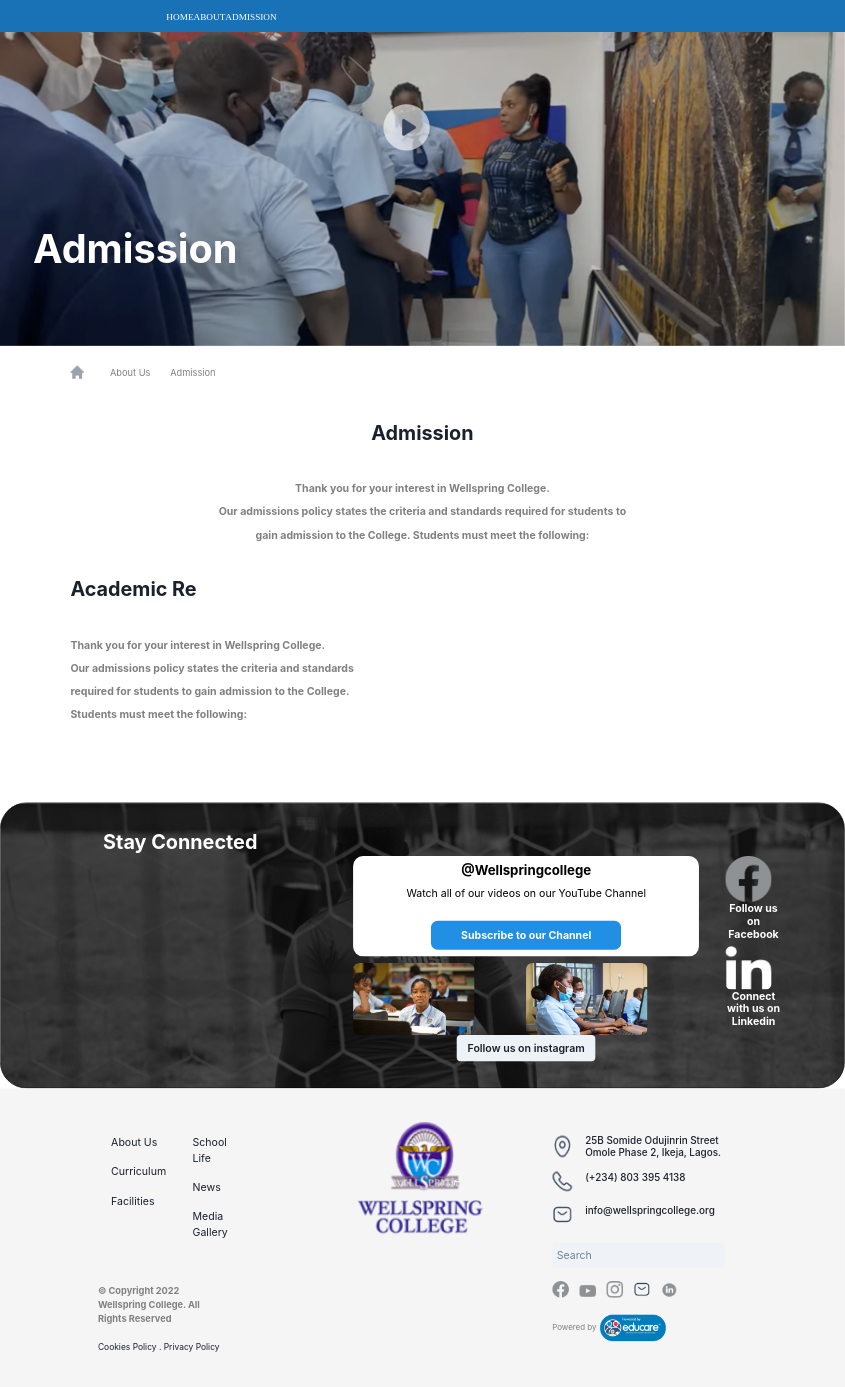
Repository: gr8skills/wellspring-school-forked
Page: /admission
These files come from the project's save history. The page is drawn as it stood at one moment and after a run of saves; the edit follows.
The browser window is 1280 px wide. The pictures show the whole page, at 66% of full size.
The project was rebuilt for these pictures with package versions that can differ from the ones it lists, and the page was loaded fresh each time. Also part of the build but not shown: src/components/Navbar/Dropdown.scss, src/components/Navbar/Dropdown.js, src/components/Testimonials/Testimonials.js, src/components/Calendar/Calendar.js, src/components/News/News.js, src/components/WhyWellspring/_why-wellspring.scss, src/components/WhyWellspring/WhyWellspring.js, src/components/AppTab/AppTab.js and 9 more.

Above is the page before, as saved 2022-12-06 17:46:31.

### src/index.css
body {
  /* margin: 0;
  font-family: -apple-system, BlinkMacSystemFont, 'Segoe UI', 'Roboto', 'Oxygen',
    'Ubuntu', 'Cantarell', 'Fira Sans', 'Droid Sans', 'Helvetica Neue',
    sans-serif;
  -webkit-font-smoothing: antialiased;
  -moz-osx-font-smoothing: grayscale; */
}

/* code {
  font-family: source-code-pro, Menlo, Monaco, Consolas, 'Courier New',
    monospace;
} */

### src/App.css
body{
}

.App {
  text-align: center;
    background-color:black;

}

.App-logo {
  height: 40vmin;
  pointer-events: none;
}

@media (prefers-reduced-motion: no-preference) {
  .App-logo {
    animation: App-logo-spin infinite 20s linear;
  }
}


@keyframes App-logo-spin {
  from {
    transform: rotate(0deg);
  }
  to {
    transform: rotate(360deg);
  }
}

### src/pages/Admission/Admission.js
import Banner from "../../assets/admission.png";
import Home from "../../assets/home.png";
import VideoIcon from "../../assets/vid2.png";

import Dot from "../../assets/yellow.png";
import { Heading } from "@chakra-ui/react";
import { Link } from "react-router-dom";

import "./_admission.scss";
import { StayConnected } from "../../components/StayConnected/StayConnected";
export const Admission = () => {
  return (
    <>
      <div className="col-md-12 holder">
        <img className="col-md-12 imgCaro" src={Banner} alt="Scholar" />
        <div className="overlay">
          <div className="videoIcon">
            {" "}
            <img className="col-md-1" src={VideoIcon} alt="Scholar" />
          </div>
          <Heading size="3xl">Admission</Heading>
        </div>
      </div>
      <div className="flexy breadcrumb">
        <div className="col-md-1">&nbsp;</div>
        <a href="#">
          <img className="col-md-12 home-icon" src={Home} alt="Scholar" />
        </a>
        <p>About Us</p>
        <p>Admission</p>
      </div>
      <div className="col-md-12 flexy admission">
        <div className="col-md-3">&nbsp;</div>
        <div className="page-body col-md-6 ">
          <Heading size="lg" mb="50px" mt="30px">
            Admission
          </Heading>
          <p style={{ lineHeight: "35px" }}>
            Thank you for your interest in Wellspring College.
            <br /> Our admissions policy states the criteria and standards
            required for students to gain admission to the College. Students
            must meet the following:
          </p>
        </div>
      </div>
      <div className="col-md-12 flexy">
        <div className="col-md-1">&nbsp;</div>
        <div className="col-md-10 flexy">
          <div className="page-body col-md-5 ">
            <Heading size="lg" mb="50px" mt="30px">
              Academic Re
            </Heading>
            <p style={{ lineHeight: "35px" }}>
              Thank you for your interest in Wellspring College.
              <br /> Our admissions policy states the criteria and standards
              required for students to gain admission to the College. Students
              must meet the following:
            </p>
          </div>
        </div>
      </div>

      <StayConnected />
    </>
  );
};

### src/components/Navbar/NavBar.module.css


.navCont{
    position: relative;
    /* display: flex; */
    width:25%;
    /* justify-content: space-between; */
    /* margin: 0 auto; */
    /* max-height: 5rem; */
    padding-left:220px;

}

.nav-links{
    font-size:10px !important;
}


.imgCont{
    position: relative;
}

/* .imgContent{
    position: absolute;
    z-index: 1;
    height: 6vw;

} */

/* .btnPortal{
    background-color: #4CA14900;
    color: #fff;
    height: 2.5rem;
    width: 7rem;
    font-size: 18px;
    border-radius: 5px;
    position: relative;
    outline: 0;
    border: 0;
    transition: 1.5s scale linear;
} */

/* .btnPortal:focus{
    outline: 0;
    border: 0;
} */

/* .btnPortal:hover{
    transform: scale(1.02);
    background-color: #4CA149CF;
} */

/* .fIcon{
    width: 30px;
    height: 30px;
    padding: 5px 5px;
    transform: translate(-6px, -1px);
} */

/* @media screen and (max-width: 960px) {
    .navCont{
        position: relative;
        display: flex;
        width: 100%;
        justify-content: space-between;
        margin: 0 auto;
        max-height: 5rem;

    }

    .imgContent{
        position: absolute;
        z-index: 1;
        height: 16vw;

    }

}


 */

### src/components/Navbar/_navbar.scss
@import "../../variables";





.navContainer{
    background:$themecolor;
    min-height: 3rem;
    position: fixed;
    z-index: 1;
    right: 0;
    width: 100%;
    top: 0;
    @media screen and (max-width:620px){
        display:none;
    }
}


.nav-list{
    display: flex;
    max-width: 70%;
    width: 70%;
    justify-content: space-between;
    list-style: none;
    color: #fff;
    font-family: monserat;
    transform: translateY(54%);
    margin: 0 !important;
}

.nav-list li{
    line-height: 25px;
    text-align: center;
    margin: 0;
    font-size: 14px;

}

/* .nav-list li a{
    color: #fff;
} */


.nav-item {
    height: auto;
    justify-content: center;
    display: flex;
}

.menu-icon{
    display: none;
}




.nav-links {
    color: #fff;
    display: flex;
    align-items: center;
    text-decoration: none;
    height: 100%;
    transition: all 0.2s ease-out;

}

.nav-links:hover {
    background-color: #fff;
    text-decoration: none;
    // padding:5px;
    color:$themecolor;
}


@media screen and (max-width: 600px) {
    .ph{
        display: none;
    }

@media screen and (max-width: 960px) {
    .nav-list{
        display: none;
    }
}

    .menu-icon{
        display: block;
    }

    .nav-list{
        display: flex;
        flex-direction: column;
        position: absolute;
        height: 42rem;
        width: 100%;
        max-width: 100% !important;
        top: 48px;
        transform: translateY(4%);
        /* z-index: 999; */
        opacity: 1;
        right: -100%;
        transition: all .5s linear;
    background-color: #4CA149;

    }
.mainMenu li a{
    line-height:20px !important;

}
    .nav-list.active{
        transition: all 0.3s ease-out;
        visibility: visible;
        transition: all .5s linear;
        right: 0;
        /* z-index: 1; */
    }

    .nav-list.active li {
        font-size: 4vw;
        position: relative;
        margin: 30px 0;
    }


    .fa-times{
        position: relative;
        float: right;
        width: 100%;
    }

    .fa-times, .fa-bars{
        font-size: 40px;
        color: #feed00;
        transition: all 1.5ms linear;
        transform: translate(-29px, 17px);

    }
.nav-links{
    display:none;
}
}




@media screen and (min-width: 960px) {
    .wrapper{
        display:none;
    }
}



/*for sidenav*/




.ph:hover{
    background-color:rgb(255, 165, 0) !important;
    opacity:1 !important
}
.wrapper{
    position: absolute;
    top: 50%;
    left: 50%;
    transform: translate(-50%, -50%);

}
.mainMenu{
    width: 250px;
    display: block;
    border-radius: 10px;
    overflow: hidden;
}
.mainMenu a{
  font-size:20px !important;
  font-weight:bold !important;
      font-family: monserat;
      /* margin-bottom:-20px; */
}
.item{
    border-top: 1px solid orange;
    overflow: hidden;
margin: top 0;
line-height: 20px !important;
}
.btn{
    display: block;
    padding: 15px 20px;
    color: #fff;
    position: relative;
    padding-left:5px !important;
    /* text-align:left !important; */

}
.btn:before{
    content: '';
    position: absolute;
    width: 0;
    height: 0;
    border-left: 8px solid transparent;
    border-right:8px solid transparent;
    /* border-top:10px solid rgba(0,128,0,0.9); */
    right: 15px;
    bottom: -10px;
    z-index: 9;

}
.btn i {
    margin-right: 7px;
    margin-left: -5px;
    font-size: 13px;
}
.subMenu{
    /* background:#A3DA8D !important; */
      overflow: hidden;
        /* background:rgba(78,161,73, 0.1)!important; */
        background:rgba(178,161,173, 0.1)!important;

    transition: max-height 0.7s;
max-height: 0;
z-index:300000000 !important;
position:relative !important;

}
.subMenu a{
    display: block;
    /* padding: 5px 10px !important; */
    color: #fff !important;
    font-size: 14px !important;
    border-bottom: 1px solid #394c7f;
    position: relative;
    margin-top:5px !important;


}
.subMenu a:before{
    content: '';
    opacity: 0;
    transition: opacity 0.3s;

}
.subMenu a:hover:before{
    content: '';
    position: absolute;
    height: 0;
    width: 6px;
    left: 0;
    top:0;
    opacity: 1;
    /* background-color: #d8d824; */
    border-top: 24px solid transparent;
    border-left: 11px solid #ffffff;
    border-bottom: 24px solid transparent;
}
.subMenu a:after{
    content: '';
    opacity: 0;
    transition: opacity 0.3s;

}
.subMenu a:hover:after{
    content: '';
    position: absolute;
    height: 0;
    width: 6px;
    right: 0px;
    top:0;
    opacity: 1;
    /* background-color: #d8d824; */
    border-top: 24px solid transparent;
    border-right: 11px solid #ffffff;
    border-bottom: 24px solid transparent;
}
.subMenu a:hover{
   background-color:orange;
    transition: all 0.3s;
    border-bottom: 2px solid #394c7f;
}
.subMenu a:last-child{
    border:none;
}
.item:target .subMenu{
    max-height: 300px;
        /* transition: max-height 0.7s !important; */

}

.login{
  background-color:#ED2f59;
  padding:5px 14px 5px 14px !important;
  border-radius:5px;
margin-right:55px;
margin-left:30px;
font-family: 'Poppins', sans-serif;

  }



.portal{
  background-color:rgb(221, 156, 35);
  /* padding:7px; */
  width:120px;
  margin-left:50px;
  border-radius:5px;
 padding:7px !important;
 font-size:5px !important;
 color:white !important;
    /* padding-bottom:6px !important; */
  margin-top:20px !important;
   font-size:11px !important;
      text-decoration: none;

  }

  .portal a{

  }

### src/components/Footer/_footer.scss
@import "../../shared-styles";
@import "../../variables";



.footer-container{
    padding:50px;
    height:fit-content;
    background-color:#F5F5F6;
    ul li{
        margin:20px;
    }
    .footer-contacts{
        img{width:30px; margin-right:20px}
        h1{margin-top:20px;
        font-size:15px;}
    }
    .footer-links{
        p{margin-top:30px;
        font-size:14px;
    color:grey;
font-weight:bold;
margin-bottom:20px;}
    }
    ol li{
       width:33px;
       img{
        width:25px !important;
        margin-top:20px;
       }
    }
    .educare{
        margin-top:20px;
        p{font-size:12px;
        color:grey;
    margin-top:10px;
margin-right:5px;}
            img{width:100px;}

    }
}

### src/pages/AboutUs/_about-us.scss
@import "../../shared-styles";
@import "../../variables";


.holder2 {
  position: relative;
  img{border-radius: 10px;}
    // background-image: url("../../assets/orange-arrow2.png");
  // background-repeat: no-repeat;
  // background-size: 60px;
  // background-position: 50% 50%;
  // position: relative;
  // z-index:10000000;
  // display:none;

}

/* Make the image to responsive */
.image {
  display: block;
  width: 100%;
  height: auto;
}

/* The overlay effect - lays on top of the container and over the image */
.overlay2 {
  position: absolute;
 bottom:134px;
  color: #f1f1f1;
  width: 60%;
  opacity:1;
  color: white;
  font-size: 27px !important;
  // padding: 40px ;
  text-align:center !important;left:10%;
  @media screen and (max-width:620px){
    left:16%;
     font-size: 30px !important;
  }



}
@media screen and (max-width:620px){
  .link-imgs{
    padding:20px;
  }
  .holder2{
        margin-top:20px;

  }.holder-up{
        margin-top:-70px;

  }
}

### src/pages/ProprietorMessage/_message.scss
@import "../../shared-styles";
@import "../../variables";


.message{
  span{color:$themecolor2;}
  strong{font-size:20px;
  color:rgb(98, 97, 97);}
  .message-paragraph{margin-left: 30px; margin-top: 98px;
  @media screen and (max-width:620px){
    margin-left: 0px;
  }
  }
  img{border-radius:10px;}
}

### src/pages/Vision/_vision.scss
@import "../../shared-styles";
@import "../../variables";


.vision{
  img{
    height:10px;
    width:10px;
    margin:17px 10px;
  }
  ul li{
   line-height:45px;
  }
  ul{
    margin-right:50px;
       margin-bottom:40px;

  }
}

### src/pages/Discipline/_discipline.scss
@import "../../shared-styles";
@import "../../variables";


.discipline{
 p{margin-bottom:140px;}
}

### src/pages/SchoolSong/_school-song.scss
@import "../../shared-styles";
@import "../../variables";


.school-song{
 p{margin-bottom:140px;
line-height: 55px;}
}

### src/pages/TeachingTeam/_teaching-team.scss
@import "../../shared-styles";
@import "../../variables";


.school-song{
 p{margin-bottom:140px;
line-height: 55px;}
}

### src/pages/Admission/_admission.scss
@import "../../shared-styles";
@import "../../variables";


.videoIcon{
    margin-left:45%;
    margin-bottom:10%;
 img{
    height:70px;
    width:70px;


 }
}
.admission{
    .page-body{text-align:center}
}

### src/_variables.scss
$themecolor:#1972B6;
$themecolor2:rgb(32,143,228);

### src/components/Testimonials/_testimonials.scss
@import "../../variables";
@import "../../shared-styles";




.testimonial{
    margin-top:100px;
    small{
font-weight:bold;}
.testimonial-massage{
 margin-top:80px;

    margin-left:60px;
    p{line-height:35px;
    margin-top:40px;
    }

}
strong{font-size:20px;
background-color:$themecolor2;
color:white;
padding:2px 7px;
margin-left: 10px;
border-radius:3px}
}
 .carousel {
    position: relative;
    z-index: 0;

}
.carousel-inner {
    position: relative;
    width: 100%;
    overflow: hidden;
          border-radius:20px !important;;

}

.carousel-indicators > button.active {
    opacity: 1;
    max-width: 14px !important;
    max-height:14px  !important;
    min-width: 14px !important;
    min-height:14px  !important;
    background-color: green !important;
    border-color: #fff !important;
    outline: none;
    border: none;
    border-radius: 7px !important;

}

.carousel-indicators button{
    max-width: 14px !important;
    max-height: 14px !important;
    min-width: 14px !important;
    min-height: 14px !important;
    margin: 3px 5px !important;
    border-radius: 7px !important;
    background-color: red!important;
    border: 1px solid #fff !important;
    transition: all .5s linear ;

}

.carousel-indicators button:focus{
        outline:0;
        border-color: #4287BD;
}
.carousel-indicators  {
    position: absolute;
    right: 0;
    bottom: 10px;
    left: 0;
    z-index: 15;
    display: flex;
    flex-direction: row;
    height: 100%;
    justify-content: center;
    padding-left: 0;
    margin-right: 0;
    margin-left: 1vw;
    list-style: none;
    outline: none;
    border: none;
}

.carousel-control-next {
 left: 9vw;
     transform: rotate(180deg);
    position: absolute;
    margin-top: 35% !important;
    justify-content: right !important;
    height: 10px;
    width: 18px !important;
    font-size: 50px;

}
.carousel-control-prev {
    left: 1.5vw;
    transform: rotate(180deg) !important;
    position: absolute;
    margin-top: 35% !important;
    justify-content: right !important;
    height: 10px;
    font-size: 50px;
    width: 20px !important;

}
.carousel-control-prev::after{
    content: url('../../assets/arrow-right.png');

    z-index: 10000000000;
    margin-right: 70px;
    width: 20px;
    height: 80px;
}
.carousel-control-next::after{
    content: url('../../assets/arrow-left.png');
    font-size: 54px;
    z-index: 1000000000000000000000000000;
    position:relative;
    right: 0 !important;
    width: 20px;
    height: 80px;

}

### src/_shared-styles.scss
@import "./variables";


@media screen and (max-width:620px){
    .flexyM{
        display:flex;
    }
    .side-menu{
        display:none !important;
    }
    .page-body{padding:20px;}
}
@media screen and (min-width:620px){
    .flexy{
        display:flex;
    }
    .spread{
        display:flex;
    }
}

.side-menu{
    height:fit-content;
    padding:40px;
    background-color:#F9FAFA;
    border-radius: 10px;
    ul li{
        line-height:60px;
       &:hover{
        color:$themecolor2 !important;
       }
    }
   .active{color:$themecolor2 !important;}
}



* {box-sizing: border-box}

/* Container needed to position the overlay. Adjust the width as needed */
.holder {
  position: relative;
  width: 100%;
}

/* Make the image to responsive */
.image {
  display: block;
  width: 100%;
  height: auto;
}

/* The overlay effect - lays on top of the container and over the image */
.overlay {
  position: absolute;
  bottom: 60px;

  color: #f1f1f1;
  width: 100%;
  opacity:1;
  color: white;
  font-size: 20px;
  padding: 50px;
  text-align:left;
}

.home-icon{
    height:20px;
    width:20px;
    margin-right:40px;
}
.breadcrumb{
margin-top:30px;
p{color:grey; font-size:14px; margin-right:30px}
}
.page-body{
  p{font-weight:700;
  color:grey;
line-height:35px}
}

### src/components/AppButton/_app-button.scss
@import "../../shared-styles";
@import "./overides";
@import "../../variables";

.app-button{
    background-color:$themecolor2;
    color:white;
    padding:10px 45px;
    font-weight:bold;
    border-radius:10px;
}

### src/components/Calendar/_calendar.scss
@import "../../shared-styles";
@import "../../variables";



.calendar-container{
            text-align:center;
border-right:solid 1px rgb(202, 200, 200);
    .calendar-box{
background-color:$themecolor2;
height:100px;
width:110px;
border-radius: 10px;
color:#fff;
    text-align: center;
    padding:10px 0;
margin-left:40px;
margin-bottom:30px;

    }
    p{
        color:grey;
        margin-top:20px;
    }
    .calendar-day{
        font-size:35px;
    }
    .calendar-description{
        font-size:20px;
        text-align:center;
    }
}

### src/components/News/_news.scss
@import "../../shared-styles";
@import "../../variables";
.news-container{
    .news-img{
     margin-bottom:40px;
     margin-top:40px;

    }
    img{
        width:100%;
        border-radius: 10px;


    }
    .news-description{
        margin-left:30px;
        h6{
            color:grey;margin-top:40px;
        }
        p{line-height: 35px;
        font-size:20px;
    }
    }
    .read-more-link{
        color:$themecolor;
        margin-top:50px;
    }
}

### src/components/AppTab/_app-tab.scss
@import "../../shared-styles";
@import "./overides";
@import "../../variables";

### src/components/Form/_form.scss
@import "../../shared-styles";
@import "../../variables";
@import "./overides";

### src/components/SearchBar/_search-bar.scss
.visually-hidden {
    clip: rect(0 0 0 0);
    clip-path: inset(50%);
    height: 1px;
    overflow: hidden;
    position: absolute;
    white-space: nowrap;
    width: 1px;
}

input{
    background-color: rgb(239, 243, 248) !important;
    padding:7px !important;
    margin-top:20px !important;border-radius: 5px !important;
}

### src/components/StayConnected/_stay-connected.scss

.connected{
    margin-top:100px;
 border:solid 1px black;
  background-image: url("../../assets/connected-bg.png");
  background-repeat: no-repeat;
  background-size: cover;
  padding: 40px 10px;
  color:white;
  border-radius:40px;
  // margin-right:30px;
  // margin-left:60px;
  text-align:center;
      .channel{
        background-color:white;
        color:black;
        padding:10px 20px;
        height:fit-content;
        border-radius: 15px;
        margin-top:40px;
      }
      img{width:70%;
    height:100%;
  border-radius:10px;
}
}

.socials{
    margin-top: 40px;
    padding-left: 40px;
    text-align:center !important;
    img{
        width:70px !important;
    }
    .linked{
        background-color:grey;
         width:100px !important;
        border-radius: 50%;
        padding:20px;
    }
}

### src/components/AppButton/_overides.scss
@import "../../variables";



.css-jut409{
    background-color:$themecolor;
    padding:100px !important;
}

### src/components/AppTab/_overides.scss
@import "../../variables";


.css-1uw5bnh{
//    box-shadow:0 0 10px 10px rgb(30,130,205);
   border:solid 10px rgb(30,130,205);
   border-radius:10px
}
.css-qycpmy{
    color:rgb(30,130,205);
    background:#fff;
    width:100%;
    border-right:solid 1px $themecolor2;
}

### src/components/Form/_overides.scss
.css-1kp110w{
    background-color:#fff !important;
    padding:30px !important;
    color:grey;
    margin-top:40px;
    border:none !important;
        box-shadow: 0 0 1px 1px #fff !important;

}

.css-1om0uuh {
      background-color:#fff !important;
    margin-top:40px;
    margin-bottom:20px;
    height:300px !important;
        box-shadow: 0 0 1px 1px #fff !important;

}

Loaded but not shown: public/index.html (common file); src/index.js (common file); src/reportWebVitals.js (common file); src/components/Navbar/Navbar.js (299 lines, source omitted); src/components/Footer/Footer.js (113 lines, source omitted); src/components/StayConnected/StayConnected.js (75 lines, source omitted); src/App.js (38 lines, source omitted); src/components/Navbar/MenuItems.js (31 lines, source omitted); src/components/SearchBar/SearchBar.js (15 lines, source omitted); src/components/AppButton/AppButton.js (9 lines, source omitted); src/pages/Home/_home.scss (321 lines, source omitted)

After the next 2 saves:
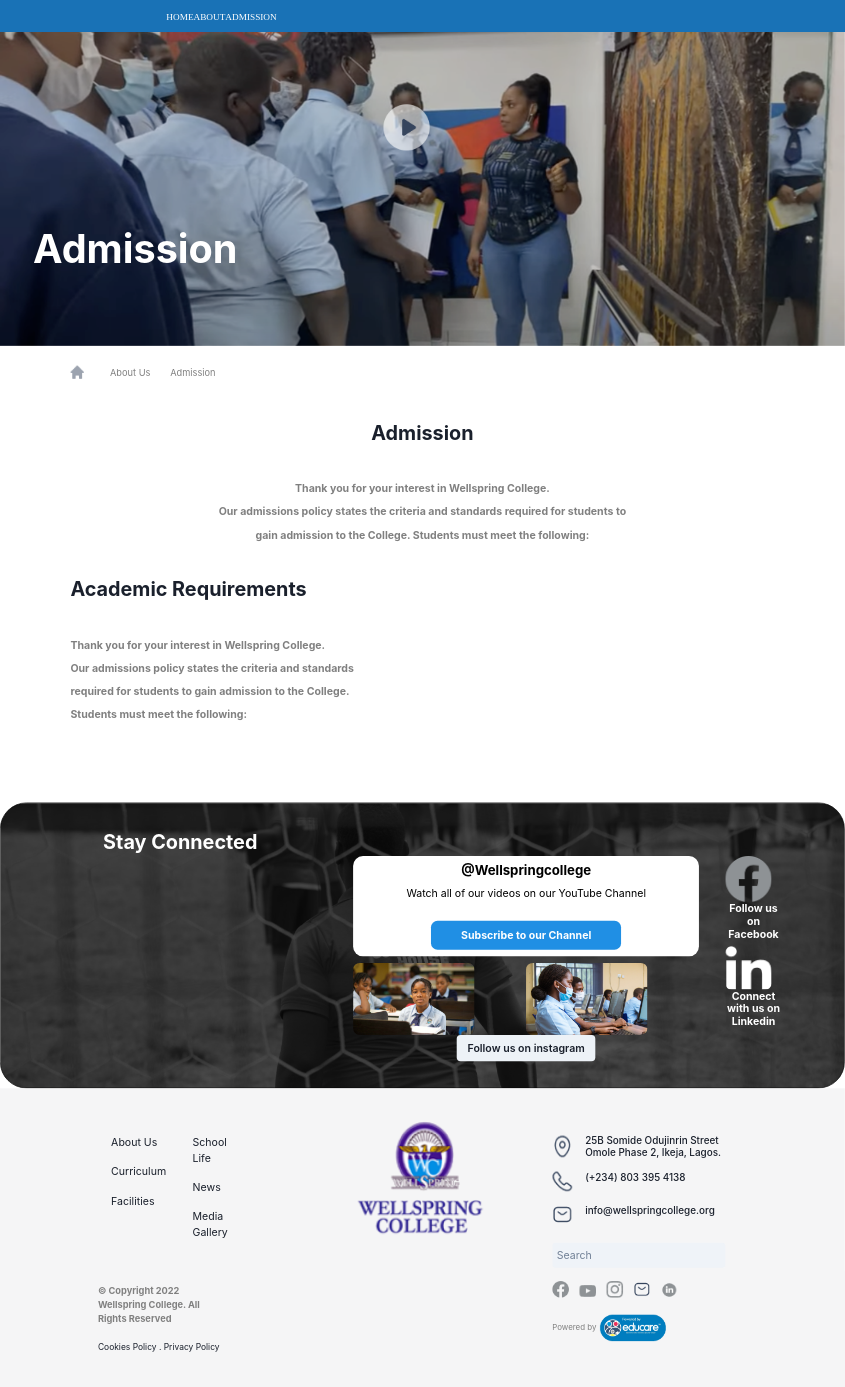
The 2 saves are shown as one change because they came seconds apart.
The last was saved 5 s later.
--- a/src/pages/Admission/Admission.js
+++ b/src/pages/Admission/Admission.js
@@ -48,7 +48,7 @@
         <div className="col-md-10 flexy">
           <div className="page-body col-md-5 ">
             <Heading size="lg" mb="50px" mt="30px">
-              Academic Re
+              Academic Requirements
             </Heading>
             <p style={{ lineHeight: "35px" }}>
               Thank you for your interest in Wellspring College.
